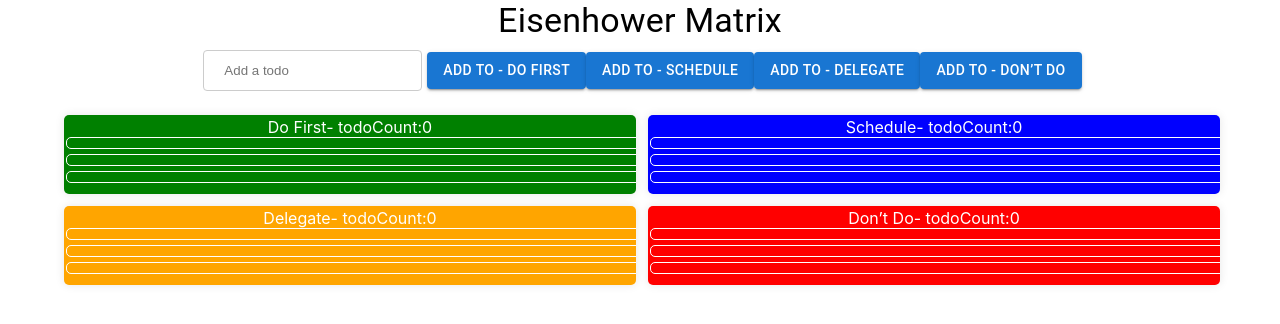
Repository: GokulDev4U/Krixi_react_assignment
Page: /
The author's editor kept a copy of each file at every save. The page is drawn from the files as they stood at one save, then again after the next save.
The browser window is 1280 px wide. The pictures show the whole page.
The project was rebuilt for these pictures with package versions that can differ from the ones it lists, and the page was loaded fresh each time.

Above is the page before, as saved 2022-04-05 14:05:47.

### src/index.js
import React from "react";
import ReactDOM from "react-dom";
import "./index.css";
import App from "./App";
import { store } from "./app/store";
import { Provider } from "react-redux";
import * as serviceWorker from "./serviceWorker";
import { PersistGate } from "redux-persist/integration/react";
import { persistStore } from "redux-persist";

let persistor = persistStore(store);

ReactDOM.render(
  <React.StrictMode>
    <Provider store={store}>
      <PersistGate loading={null} persistor={persistor}>
        <App />
      </PersistGate>
    </Provider>
  </React.StrictMode>,
  document.getElementById("root")
);

// If you want your app to work offline and load faster, you can change
// unregister() to register() below. Note this comes with some pitfalls.
// Learn more about service workers: https://bit.ly/CRA-PWA
serviceWorker.unregister();

### src/App.js
import React, { useState } from "react";
import { Container, Grid, Button, Typography } from "@mui/material";
import Card from "./Components/card/Card";
import { useDispatch } from "react-redux";
import { addDoFirst } from "./features/todo/todoSlice";
import { addSchedule } from "./features/todo/todoScheduleSlice";
import { addDelegate } from "./features/todo/todoDelegateSlice";
import { addDontDo } from "./features/todo/todoDontDoSlice";
import "./App.css";
import { DragDropContext } from "react-beautiful-dnd";

function App() {
  const dispatch = useDispatch();
  const [todo, setTodo] = useState("");
  let finalTodo = todo;
  const handleChange = (e) => {
    setTodo(e.target.value);
  };
  const handleDoFirstButtonClick = (e) => {
    e.preventDefault();
    e.stopPropagation();
    if (todo.length > 0) {
      dispatch(addDoFirst(finalTodo));
      setTodo("");
    }
  };
  const handleScheduleButtonClick = (e) => {
    e.preventDefault();
    e.stopPropagation();
    if (todo.length > 0) {
      dispatch(addSchedule(finalTodo));
      setTodo("");
    }
  };
  const handleDelegateButtonClick = (e) => {
    e.preventDefault();
    e.stopPropagation();
    if (todo.length > 0) {
      dispatch(addDelegate(finalTodo));
      setTodo("");
    }
  };
  const handleDontDoButtonClick = (e) => {
    e.preventDefault();
    e.stopPropagation();
    if (todo.length > 0) {
      dispatch(addDontDo(finalTodo));
      setTodo("");
    }
  };

  const onDragEnd = (result) => {
    const { destination, source, draggableId } = result;
    if (!destination) {
      return;
    }
    if (
      destination.droppableId === source.droppableId &&
      destination.index === source.index
    ) {
      return;
    }
    const start = source.droppableId;
    const finish = destination.droppableId;
    if (start === "doFirst" && finish === "schedule") {
      dispatch(addSchedule(finalTodo));
      dispatch(addDoFirst(finalTodo));
    } else if (start === "doFirst" && finish === "delegate") {
      dispatch(addDelegate(finalTodo));
      dispatch(addDoFirst(finalTodo));
    } else if (start === "doFirst" && finish === "dontDo") {
      dispatch(addDontDo(finalTodo));
      dispatch(addDoFirst(finalTodo));
    } else if (start === "schedule" && finish === "doFirst") {
      dispatch(addDoFirst(finalTodo));
      dispatch(addSchedule(finalTodo));
    } else if (start === "schedule" && finish === "delegate") {
      dispatch(addDelegate(finalTodo));
      dispatch(addSchedule(finalTodo));
    } else if (start === "schedule" && finish === "dontDo") {
      dispatch(addDontDo(finalTodo));
      dispatch(addSchedule(finalTodo));
    } else if (start === "delegate" && finish === "doFirst") {
      dispatch(addDoFirst(finalTodo));
      dispatch(addDelegate(finalTodo));
    } else if (start === "delegate" && finish === "schedule") {
      dispatch(addSchedule(finalTodo));
      dispatch(addDelegate(finalTodo));
    } else if (start === "delegate" && finish === "dontDo") {
      dispatch(addDontDo(finalTodo));
      dispatch(addDelegate(finalTodo));
    } else if (start === "dontDo" && finish === "doFirst") {
      dispatch(addDoFirst(finalTodo));
      dispatch(addDontDo(finalTodo));
    } else if (start === "dontDo" && finish === "schedule") {
      dispatch(addSchedule(finalTodo));
      dispatch(addDontDo(finalTodo));
    } else if (start === "dontDo" && finish === "delegate") {
      dispatch(addDelegate(finalTodo));
      dispatch(addDontDo(finalTodo));
    }
  };

  return (
    <DragDropContext onDragEnd={onDragEnd}>
      <div className="App">
        <Container sx={{ flexGrow: 1 }}>
          <Typography variant="h4">Eisenhower Matrix</Typography>
          <Grid container spacing={2}>
            <Grid item xs={12}>
              <input
                type="text"
                placeholder="Add a todo"
                value={todo}
                onChange={handleChange}
              />
              <Button
                variant="contained"
                color="primary"
                onClick={handleDoFirstButtonClick}
              >
                Add to - do first
              </Button>
              <Button
                variant="contained"
                color="primary"
                onClick={handleScheduleButtonClick}
              >
                Add to - Schedule
              </Button>
              <Button
                variant="contained"
                color="primary"
                onClick={handleDelegateButtonClick}
              >
                Add to - Delegate
              </Button>
              <Button
                variant="contained"
                color="primary"
                onClick={handleDontDoButtonClick}
              >
                Add to - Don’t Do
              </Button>
            </Grid>
            <Grid item xs={6}>
              <Card color="green" title="Do First" flag="doFirst" />
            </Grid>
            <Grid item xs={6}>
              <Card color="blue" title="Schedule" flag="schedule" />
            </Grid>
            <Grid item xs={6}>
              <Card color="orange" title="Delegate" flag="delegate" />
            </Grid>
            <Grid item xs={6}>
              <Card color="red" title="Don’t Do" flag="dontDo" />
            </Grid>
          </Grid>
        </Container>
      </div>
    </DragDropContext>
  );
}

export default App;

### src/app/store.js
import { configureStore } from "@reduxjs/toolkit";
import storage from "redux-persist/lib/storage";
import { combineReducers } from "redux";
import { persistReducer } from "redux-persist";
import todoReducer from "../features/todo/todoSlice";
import todoScheduleReducer from "../features/todo/todoScheduleSlice";
import todoDelegateReducer from "../features/todo/todoDelegateSlice";
import todoDontDoReducer from "../features/todo/todoDontDoSlice";

const reducers = combineReducers({
  todo: todoReducer,
  todoSchedule: todoScheduleReducer,
  todoDelegate: todoDelegateReducer,
  todoDontDo: todoDontDoReducer,
});

const persistConfig = {
  key: "root",
  storage,
};

const persistedReducer = persistReducer(persistConfig, reducers);

export const store = configureStore({
  reducer: persistedReducer,
  devTools: process.env.NODE_ENV !== "production",
});

### src/Components/card/Card.jsx
import React from 'react';
import { useSelector } from 'react-redux';
import { selectTodoDoFirst } from '../../features/todo/todoSlice';
import { selectTodoSchedule } from '../../features/todo/todoScheduleSlice';
import { selectTodoDelegate } from '../../features/todo/todoDelegateSlice';
import { selectTodoDontDo } from '../../features/todo/todoDontDoSlice';
import './Card.css';
import { Draggable } from 'react-beautiful-dnd';
import { Droppable } from 'react-beautiful-dnd';


const Card = ({ color, title, flag }) => {
  const todosDoFirst = useSelector(selectTodoDoFirst);
  const todosSchedule = useSelector(selectTodoSchedule);
  const todosDelegate = useSelector(selectTodoDelegate);
  const todosDontDo = useSelector(selectTodoDontDo);

  let todosDoFirstLength = todosDoFirst.length;
  let todosScheduleLength = todosSchedule.length;
  let todosDelegateLength = todosDelegate.length;
  let todosDontDoLength = todosDontDo.length;
  const innerRef = React.useRef();

  const getTodosDoFirstRef = () => {
    return innerRef.current.children[0];
  };

  const getTodosScheduleRef = () => {
    return innerRef.current.children[1];
  };

  const getTodosDelegateRef = () => {
    return innerRef.current.children[2];
  };

  const getTodosDontDoRef = () => {
    return innerRef.current.children[3];
  };

  return (
    <div className='box' style={{ backgroundColor: `${color}` }}>
      <div className="card-title">
        {`${title}- todoCount:${Number((flag === "doFirst" && todosDoFirstLength) || (flag === "schedule" && todosScheduleLength) || (flag === "delegate" && todosDelegateLength) || (flag === "dontDo" && todosDontDoLength))}`}
      </div>
      <Droppable droppableId={flag} >
        {(provided, snapshot) => {
          return (
            <div className="card-content" ref={provided.innerRef} {...provided.droppableProps} >
              <Draggable draggableId={title} index={0}>
                {(provided, snapshot) => {
                  return (
                    <div ref={provided.innerRef} {...provided.draggableProps} {...provided.dragHandleProps}>
                      {flag === "doFirst" && todosDoFirst?.map((todo, index) => (
                        <div key={index} className="card-content-item" >
                          {todo}
                        </div>
                      ))}
                    </div>
                  );
                }}
              </Draggable>
              <Draggable draggableId={title} index={1}>
                {(provided, snapshot) => {
                  return (
                    <div className="card-content-item" ref={provided.innerRef} {...provided.draggableProps} {...provided.dragHandleProps}>
                      {flag === "schedule" && todosSchedule?.map((todo, index) => (
                        <div key={index} >
                          {todo}
                        </div>
                      ))}
                    </div>
                  );
                }}
              </Draggable>
              <Draggable draggableId={title} index={2}>
                {(provided, snapshot) => {
                  return (
                    <div className="card-content-item" ref={provided.innerRef} {...provided.draggableProps} {...provided.dragHandleProps}>
                      {flag === "delegate" && todosDelegate?.map((todo, index) => (
                        <div key={index} >
                          {todo}
                        </div>
                      ))}
                    </div>
                  );
                }}
              </Draggable>
              <Draggable draggableId={title} index={3}>
                {(provided, snapshot) => {
                  return (
                    <div className="card-content-item" ref={provided.innerRef} {...provided.draggableProps} {...provided.dragHandleProps}>
                      {flag === "dontDo" && todosDontDo?.map((todo, index) => (
                        <div key={index} >
                          {todo}
                        </div>
                      ))}
                    </div>
                  );
                }}
              </Draggable>
            </div>
          );
        }}
      </Droppable>
    </div >
  );
};

export default Card;

### src/features/todo/todoSlice.jsx
import { createSlice } from "@reduxjs/toolkit";

const initialState = {
    doFirst: [],
    // schedule: [],
    // delegate: [],
    // dontDo: [],
};

export const todoSlice = createSlice({
    name: "todo",
    initialState,
    reducers: {
        addDoFirst: (state, action) => {
            state.doFirst.push(action.payload);
        },
        // addSchedule: (state, action) => {
        //     state.schedule.push(action.payload);
        // },
        // addDelegate: (state, action) => {
        //     state.delegate.push(action.payload);
        // },
        // addDontDo: (state, action) => {
        //     state.dontDo.push(action.payload);
        // },
        remove: (state) => {
            // state.value -= 1;
        },
        edit: (state, action) => {
            // state.value += action.payload;
        },
    },
});

export const { addDoFirst, addDelegate, addSchedule, addDontDo, remove, edit } = todoSlice.actions;

export const selectTodoDoFirst = (state) => state.todo.doFirst;
// export const selectTodoSchedule = (state) => state.todo.schedule;
// export const selectTodoDelegate = (state) => state.todo.delegate;
// export const selectTodoDontDo = (state) => state.todo.dontDo;

export default todoSlice.reducer;

### src/features/todo/todoScheduleSlice.jsx
import { createSlice } from "@reduxjs/toolkit";

const initialState = {
    schedule: [],
};

export const todoScheduleSlice = createSlice({
    name: "todoSchedule",
    initialState,
    reducers: {
        addSchedule: (state, action) => {
            state.schedule.push(action.payload);
        },
        remove: (state) => {

        },
        edit: (state, action) => {

        },
    },
});

export const { addSchedule, remove, edit } = todoScheduleSlice.actions;

export const selectTodoSchedule = (state) => state.todoSchedule.schedule;

export default todoScheduleSlice.reducer;

### src/features/todo/todoDelegateSlice.jsx
import { createSlice } from "@reduxjs/toolkit";

const initialState = {
    delegate: [],
};

export const todoDelegateSlice = createSlice({
    name: "todoDelegate",
    initialState,
    reducers: {
        addDelegate: (state, action) => {
            state.delegate.push(action.payload);
        },
        remove: (state) => {

        },
        edit: (state, action) => {

        },
    },
});

export const { addDelegate, remove, edit } = todoDelegateSlice.actions;

export const selectTodoDelegate = (state) => state.todoDelegate.delegate;

export default todoDelegateSlice.reducer;

### src/features/todo/todoDontDoSlice.jsx
import { createSlice } from "@reduxjs/toolkit";

const initialState = {
    dontDo: [],
};

export const todoDontDoSlice = createSlice({
    name: "todoDontDo",
    initialState,
    reducers: {
        addDontDo: (state, action) => {
            state.dontDo.push(action.payload);
        },
        remove: (state) => {

        },
        edit: (state, action) => {

        },
    },
});

export const { addDontDo, remove, edit } = todoDontDoSlice.actions;

export const selectTodoDontDo = (state) => state.todoDontDo.dontDo;

export default todoDontDoSlice.reducer;

### src/App.css
.App {
  text-align: center;
}

input[type=text]{
  /* width: 100%; */
  padding: 12px 20px;
  margin: 8px 5px;
  display: inline-block;
  border: 1px solid #ccc;
  border-radius: 4px;
  box-sizing: border-box;
}

Button {
  margin-right: 5px;
}

### src/Components/card/Card.css
 .box{
    width: 100%;
    height: 100%;
    color: #fff;
    border-radius: 5px;
    box-shadow: 0 0 10px rgba(0,0,0,0.1);
    overflow: hidden;
    cursor: pointer;
    padding: 2px;
 }
 .card-content{
    display: flex;
    flex-direction: column;
    justify-content: space-around;

 }
 .card-content-item{
      width: 100%;
      height: 100%;
      border: 1px solid #fff;
      margin-bottom: 5px;
      padding: 5px;
      border-radius: 5px;
 }

Loaded but not shown: public/index.html (common file); src/index.css (common file); src/serviceWorker.js (common file)

After the next save:
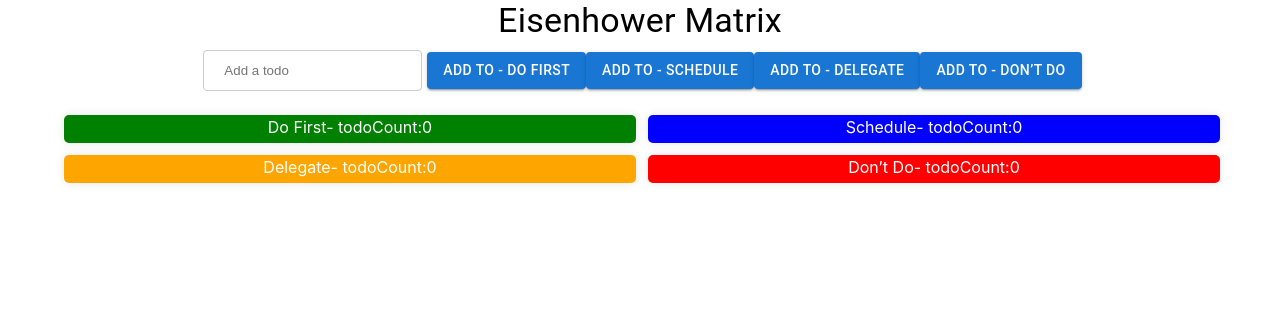
Saved 55 s later.
--- a/src/Components/card/Card.jsx
+++ b/src/Components/card/Card.jsx
@@ -62,9 +62,9 @@ const Card = ({ color, title, flag }) => {
               <Draggable draggableId={title} index={1}>
                 {(provided, snapshot) => {
                   return (
-                    <div className="card-content-item" ref={provided.innerRef} {...provided.draggableProps} {...provided.dragHandleProps}>
+                    <div ref={provided.innerRef} {...provided.draggableProps} {...provided.dragHandleProps}>
                       {flag === "schedule" && todosSchedule?.map((todo, index) => (
-                        <div key={index} >
+                        <div key={index} className="card-content-item">
                           {todo}
                         </div>
                       ))}
@@ -75,9 +75,9 @@ const Card = ({ color, title, flag }) => {
               <Draggable draggableId={title} index={2}>
                 {(provided, snapshot) => {
                   return (
-                    <div className="card-content-item" ref={provided.innerRef} {...provided.draggableProps} {...provided.dragHandleProps}>
+                    <div ref={provided.innerRef} {...provided.draggableProps} {...provided.dragHandleProps}>
                       {flag === "delegate" && todosDelegate?.map((todo, index) => (
-                        <div key={index} >
+                        <div key={index} className="card-content-item">
                           {todo}
                         </div>
                       ))}
@@ -88,9 +88,9 @@ const Card = ({ color, title, flag }) => {
               <Draggable draggableId={title} index={3}>
                 {(provided, snapshot) => {
                   return (
-                    <div className="card-content-item" ref={provided.innerRef} {...provided.draggableProps} {...provided.dragHandleProps}>
+                    <div ref={provided.innerRef} {...provided.draggableProps} {...provided.dragHandleProps}>
                       {flag === "dontDo" && todosDontDo?.map((todo, index) => (
-                        <div key={index} >
+                        <div key={index} className="card-content-item">
                           {todo}
                         </div>
                       ))}
